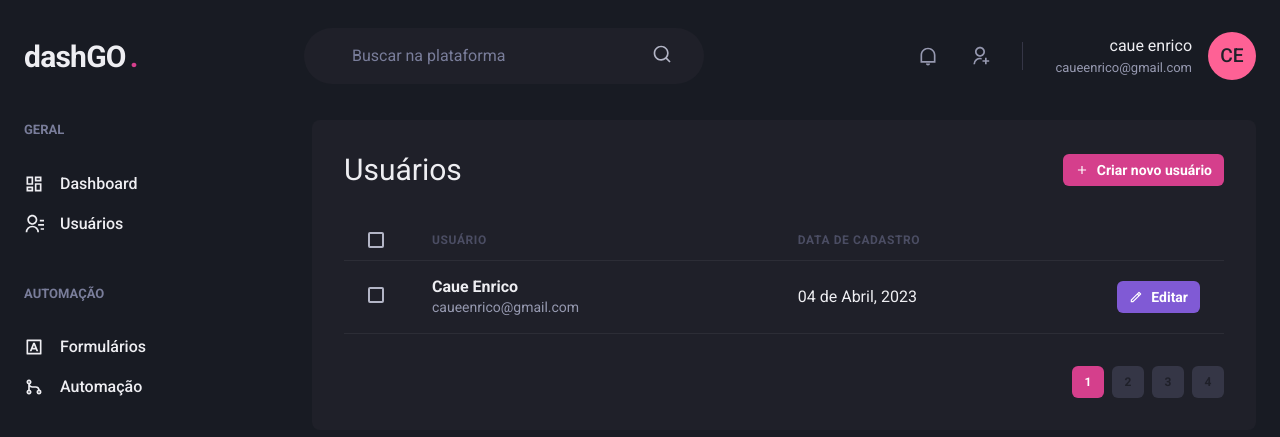
Repository: caueenrico/DashGO
Page: /user
An editor plug-in stored every save of this project. The page is shown before and after the next save, followed by the edit.
The browser window is 1280 px wide. The pictures show the whole page.
The project was rebuilt for these pictures with package versions that can differ from the ones it lists, and the page was loaded fresh each time. The framework's server and built-in components were replaced by stand-ins that run in the browser. Also part of the build but not shown: next.config.js.

Above is the page before, as saved 2023-03-15 11:30:17.

After the next save:
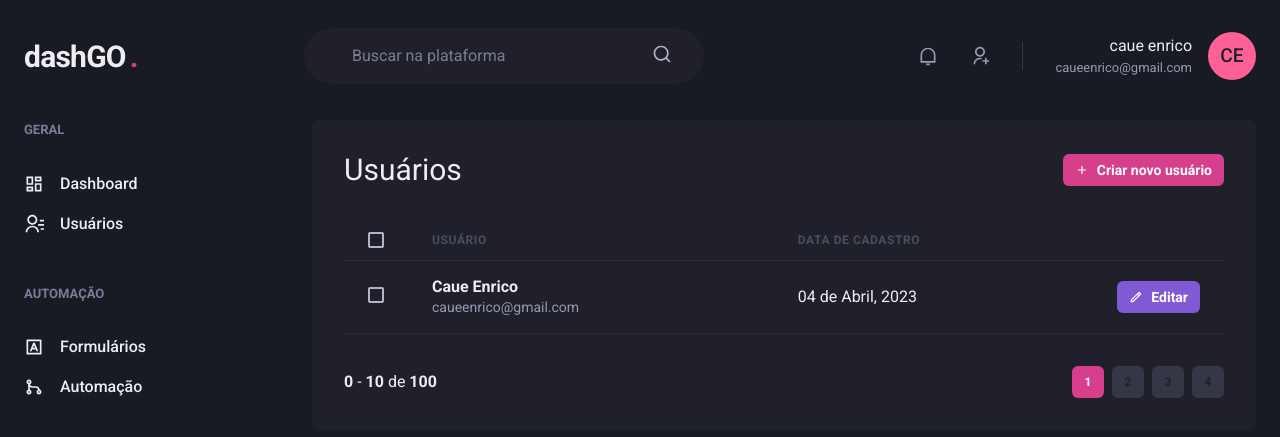
Saved 1 s later.
--- a/src/components/Pagination.tsx
+++ b/src/components/Pagination.tsx
@@ -10,7 +10,7 @@ export function Pagination (){
       spacing="6"
     >
       <Box>
-
+        <strong>0</strong> - <strong>10</strong> de <strong>100</strong>
       </Box>
 
       <Stack direction="row"  spacing="2">
